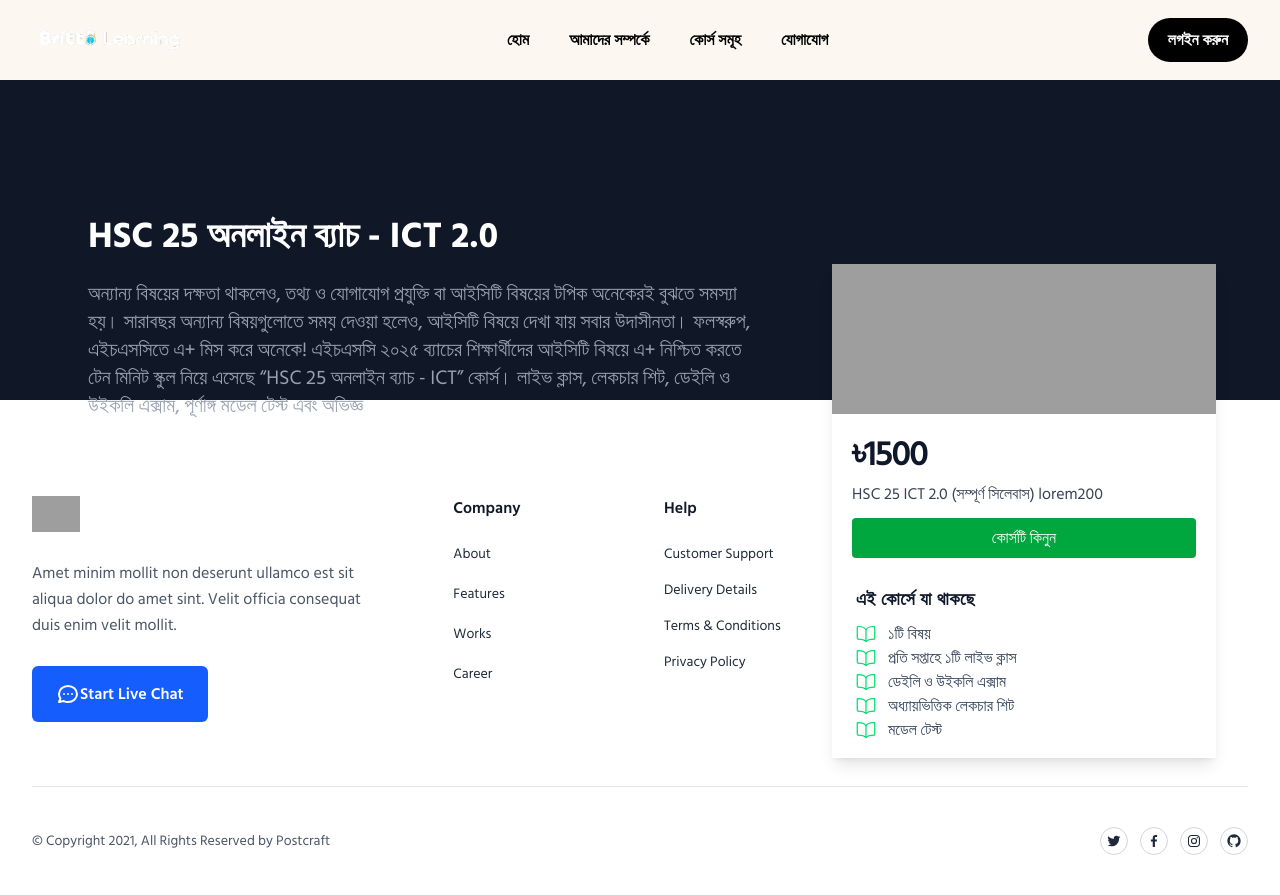
Repository: Ruddro420/course-selling
Page: /single-course
These files come from the project's save history. The page is drawn as it stood at one moment and after a run of saves; the edit follows.
The browser window is 1280 px wide. The pictures show the whole page.
Pictures or frames that could not be fetched are drawn as grey boxes. The project was rebuilt for these pictures with package versions that can differ from the ones it lists, and the page was loaded fresh each time. Also part of the build but not shown: vite.config.js, src/components/AboutSection.jsx, src/components/ContactSection.jsx, src/components/CourseSection.jsx, src/components/Hero.jsx, src/components/TeamSection.jsx, src/components/WhyUsSection.jsx, src/pages/Home.jsx and 2 more.

Above is the page before, as saved 2025-02-06 03:42:48.

After the next 2 saves:
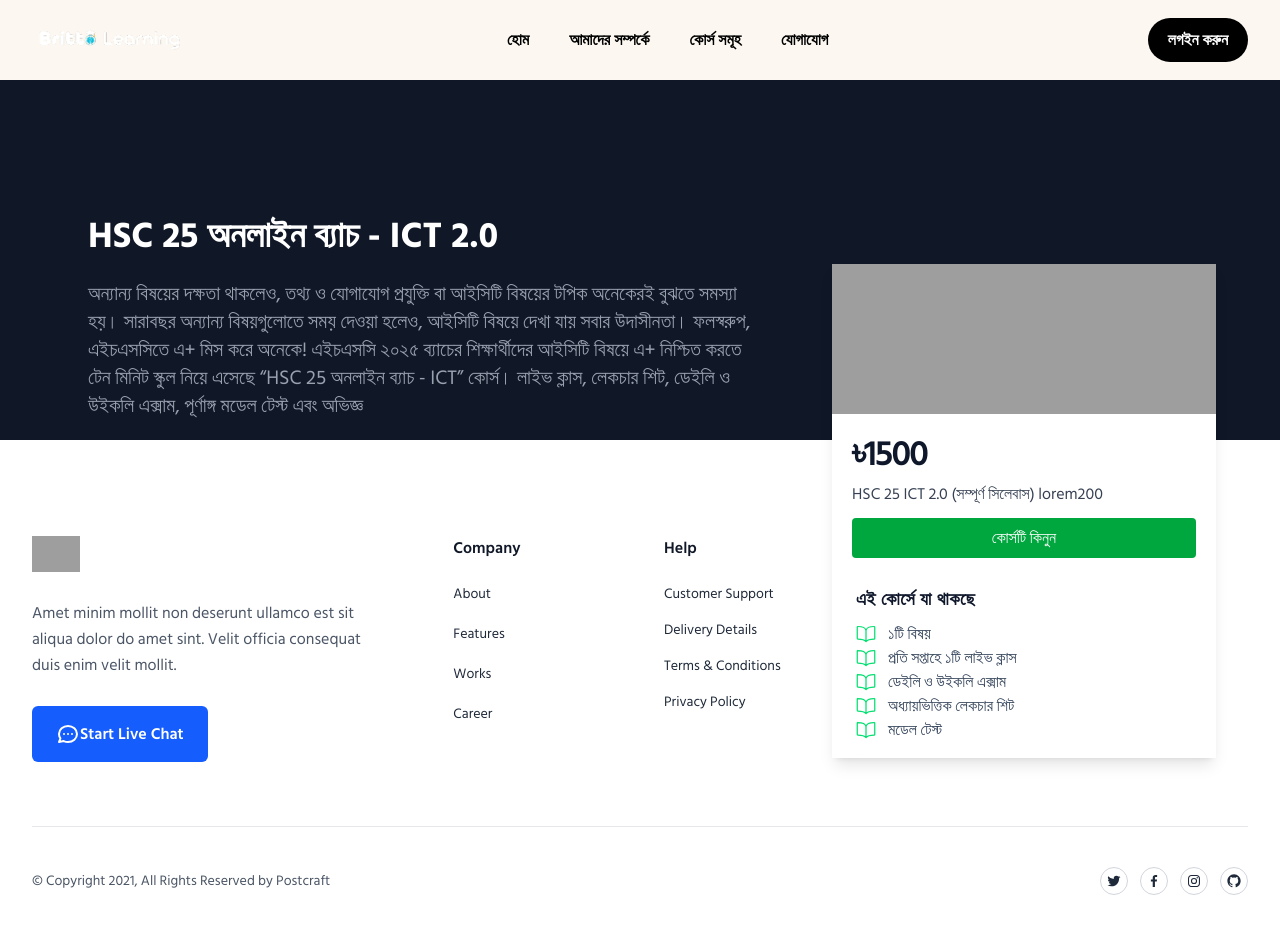
The 2 saves are shown as one change because they came seconds apart.
The last was saved 21 s later.
--- a/src/components/courseComponent/CourseHero.jsx
+++ b/src/components/courseComponent/CourseHero.jsx
@@ -2,7 +2,7 @@ import { IoBookOutline } from "react-icons/io5";
 
 const CourseHero = () => {
   return (
-    <div className="h-80">
+    <div className="h-90">
       <div className="bg-gray-900 course-hero-section flex items-center justify-between mx-auto p-4 ">
         <div className="container mx-auto mt-10 max-w-screen-xl md:px-12">
           <div className="flex flex-col course-hero md:flex-row md:gap-12">
